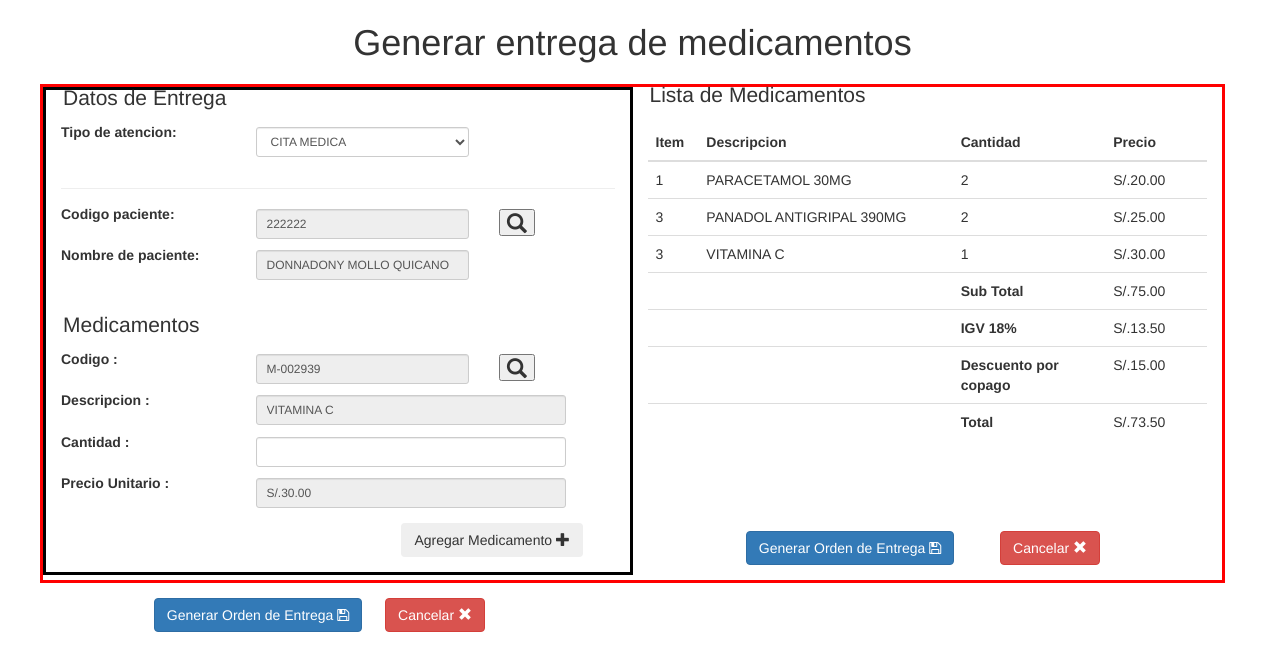
Repository: Donyx10/ADSII-ProyectoClinica
Page: http://localhost/AvanceWeb/GenerarOrdenDeEntregaDeMedicamentos2.jsp
An editor plug-in stored every save of this project. The page is shown before and after the next save, followed by the edit.
The browser window is 1280 px wide. The pictures show the whole page.
Some web fonts or font styles are not loaded; a fallback is used. The page is served by Tomcat 9. Other server files are loaded and not shown.

Above is the page before, as saved 2018-06-07 16:40:04.

### WebDemo/AvanceWeb/WebContent/GenerarOrdenDeEntregaDeMedicamentos2.jsp
<!DOCTYPE html>
<html lang="esS">
<head>
<meta charset="UTF-8">
<meta name="viewport"
	content="width=device-width, initial-scale=1, maximum-scale=1, user-scalable=no">
<script type="text/javascript" src="js/jquery.min.js"></script>
<script type="text/javascript" src="js/jquery.dataTables.min.js"></script>
<script type="text/javascript" src="js/dataTables.bootstrap.min.js"></script>
<script type="text/javascript" src="js/bootstrap.min.js"></script>
<script type="text/javascript" src="js/bootstrapValidator.js"></script>
<link rel="stylesheet" href="css/bootstrap.css" />
<link rel="stylesheet" href="css/dataTables.bootstrap.min.css" />
<link rel="stylesheet" href="css/style.css" />
<link rel="stylesheet" href="css/bootstrapValidator.css" />
<link rel="stylesheet"
	href="https://cdnjs.cloudflare.com/ajax/libs/font-awesome/4.7.0/css/font-awesome.min.css">
<title>Generar orden de entrega de medicamentos</title>

</head>
<body>

	<div class="container"
		style="padding-top: 3px; line-height: 0.8; padding-left: 0.01px;">
		<h1 align="center">Generar entrega de medicamentos</h1>
		<br>
		<form action="generarCita" id="id_form">
			<div class="form-group row"
				style="border-style: solid; border-color: red;">
				<div class="col-md-6"
					style="border-style: solid; border-color: black;">

					<div class="form-group row" align="left" id="paciente">
						<div class="col-md-12">
							<fieldset>
								<legend>Datos de Entrega</legend>
								<div class="row">
									<div class="col-md-4">
										<label class="" for="id_codigo">Tipo de atencion:</label>
									</div>
									<div class="col-md-5">
										<select class="form-control input-sm" style="">
											<option>CITA MEDICA
											<option>EMERGENCIA
										</select>
									</div>
								</div>
								<br>
								<hr>
								<div class="row">

									<div class="col-md-4">
										<label class="" for="id_codigo">Codigo paciente:</label>
									</div>
									<div class="col-md-5">
										<input class="form-control input-sm" type="text"
											value="222222" id="" name="" readonly="readonly"
											placeholder="Ingrese el codigo">
									</div>
									<div class="col-md-2">
										<button style="font-size: 20px">
											<i class="glyphicon glyphicon-search"></i>
										</button>
									</div>
								</div>
								<br>



								<div class="row">
									<div class="col-md-4">
										<label class="" for="">Nombre de paciente:</label>
									</div>
									<div class="col-md-5">
										<input class="form-control input-sm" type="text"
											readonly="readonly" value="DONNADONY MOLLO QUICANO" id=""
											name="" placeholder="Ingrese el nombre" size="30">
									</div>

								</div>
								<br>
								<!--
							<div class="row">
								<div class="col-md-3">
									<label class="" for="">Estado:</label>
								</div>
								<div class="col-md-5">
									<input class="form-control" type="text" disabled="disabled" value="CANCELADO"
										id="" name="" placeholder="Ingrese el nombre" size="30">
								</div>
								<br>
							</div>
							<br>
							-->
							</fieldset>
						</div>


					</div>

					<br>
					<div class="form-group row" align="left" id="paciente">
						<div class="col-md-12">
							<fieldset>
								<legend>Medicamentos</legend>
							</fieldset>
							<div class="row">

								<div class="col-md-4">
									<label class="" for="id_codigo">Codigo : </label>
								</div>
								<div class="col-md-5">
									<input class="form-control input-sm" type="text"
										value="M-002939" id="" name="" readonly="readonly"
										placeholder="">
								</div>
								<div class="col-md-2">
									<button style="font-size: 20px">
										<i class="glyphicon glyphicon-search"></i>
									</button>
								</div>
							</div>
							<br>
							<div class="row">

								<div class="col-md-4">
									<label class="" for="id_codigo">Descripcion : </label>
								</div>
								<div class="col-md-7">
									<input class="form-control input-sm" type="text"
										value="VITAMINA C" id="" name="" readonly="readonly"
										placeholder="">
								</div>

							</div>
							<br>
							<div class="row">

								<div class="col-md-4">
									<label class="" for="id_codigo">Cantidad : </label>
								</div>
								<div class="col-md-7">
									<input class="form-control input-sm" type="number"
										name="quantity" min="1" max="10">
								</div>

							</div>
							<br>
							<div class="row">

								<div class="col-md-4">
									<label class="" for="id_codigo">Precio Unitario : </label>
								</div>
								<div class="col-md-7">
									<input class="form-control input-sm" type="text"
										name="quantity" value="S/.30.00" readonly="readonly">
								</div>

							</div>
						</div>
					</div>
					<div class="form-group row" align="center" id="paciente">
						<div class="col-md-12">
							<div class="row">
								<div class="col-md-2"></div>
								<div class="col-md-4">

								</div>
								<div class="col-md-1"></div>
								<div class="col-md-3">
									<button type="submit" class="btn btn-succes">
										Agregar Medicamento <i class="glyphicon glyphicon-plus"></i>
									</button>
								</div>
							</div>
						</div>
					</div>


				</div>
				<div class="col-md-6">
					<div class="form-group row" id="medico">
						<div class="col-md-12">
							<fieldset>

								<legend> Lista de Medicamentos</legend>
								<div class="row">
									<div class="col-md-12">
										<table class="table table-sm">
											<thead>
												<tr>
													<th class="col-md-1">Item</th>
													<th class="col-md-5">Descripcion</th>
													<th class="col-md-3">Cantidad</th>
													<th class="col-md-2">Precio</th>

												</tr>
											</thead>
											<tbody>
												<tr>
													<td class="col-md-1">1</td>
													<td class="col-md-5">PARACETAMOL 30MG</td>
													<td class="col-md-3">2</td>
													<td class="col-md-2">S/.20.00</td>
												</tr>
												<tr>
													<td class="col-md-1">3</td>
													<td class="col-md-5">PANADOL ANTIGRIPAL 390MG</td>
													<td class="col-md-3">2</td>
													<td class="col-md-2">S/.25.00</td>
												</tr>
												<tr>
													<td class="col-md-1">3</td>
													<td class="col-md-5">VITAMINA C</td>
													<td class="col-md-3">1</td>
													<td class="col-md-2">S/.30.00</td>
												</tr>
												<tr>
													<td class="col-md-1"></td>
													<td class="col-md-5"></td>
													<td class="col-md-3"><strong>Sub Total</strong></td>
													<td class="col-md-2">S/.75.00</td>
												</tr>
												<tr>
													<td class="col-md-1"></td>
													<td class="col-md-5"></td>
													<td class="col-md-3"><strong>IGV 18%</strong></td>
													<td class="col-md-2">S/.13.50</td>
												</tr>
												<tr>
													<td class="col-md-1"></td>
													<td class="col-md-5"></td>
													<td class="col-md-3"><strong>Descuento por
															copago</strong></td>
													<td class="col-md-2">S/.15.00</td>
												</tr>
												<tr>
													<td class="col-md-1"></td>
													<td class="col-md-5"></td>
													<td class="col-md-3"><strong>Total</strong></td>
													<td class="col-md-2">S/.73.50</td>
												</tr>

											</tbody>
										</table>
									</div>
								</div>
							</fieldset>
						</div>
					</div>
					<br>
					<br>
					<br>
					<br>
					<br>
					<div class="form-group row" align="center" id="paciente">
						<div class="col-md-12">
							<div class="row">
								<div class="col-md-2"></div>
								<div class="col-md-4">
									<button type="submit" class="btn btn-primary">
										Generar Orden de Entrega <i class="fa fa-save"></i>
									</button>
								</div>
								<div class="col-md-1"></div>
								<div class="col-md-3">
									<button type="submit" class="btn btn-danger">
										Cancelar <span class="glyphicon glyphicon-remove"></span>
									</button>
								</div>
							</div>
						</div>
					</div>
				</div>


			</div>

			<div class="form-group row" id="botones">
				<div class="col-md-1" align="center"></div>
				<div class="col-md-2" align="center">
					<button type="submit" class="btn btn-primary">
						Generar Orden de Entrega <i class="fa fa-save"></i>
					</button>
				</div>
				<div class="col-md-2" align="center">
					<button type="submit" class="btn btn-danger">
						Cancelar <span class="glyphicon glyphicon-remove"></span>
					</button>
				</div>
			</div>
	</div>
	</form>
	</div>
</body>
</html>

### WebDemo/AvanceWeb/WebContent/css/style.css


.table-fixed {
	width: 100%;
	background-color: #f3f3f3;
}

.table-fixed tbody {
	height: 120px;
	overflow-y: auto;
	width: 100%;
}

.table-fixed thead, .table-fixed tbody, .table-fixed tr, .table-fixed td,
	.table-fixed th {
	display: block;
}

.table-fixed tbody td {
	float: left;
}

.table-fixed thead tr th {
	float: left;
	background-color: #f39c12;
	border-color: #e67e22;
}

legend {
    display: block;
    padding-left: 2px;
    padding-right: 2px;
    border: none;
}

Loaded but not shown: WebDemo/AvanceWeb/WebContent/js/jquery.min.js (library); WebDemo/AvanceWeb/WebContent/js/jquery.dataTables.min.js (library); WebDemo/AvanceWeb/WebContent/js/dataTables.bootstrap.min.js (common file); WebDemo/AvanceWeb/WebContent/js/bootstrap.min.js (library); WebDemo/AvanceWeb/WebContent/js/bootstrapValidator.js (library); WebDemo/AvanceWeb/WebContent/css/bootstrap.css (library); WebDemo/AvanceWeb/WebContent/css/dataTables.bootstrap.min.css (library); WebDemo/AvanceWeb/WebContent/css/bootstrapValidator.css (common file)

After the next save:
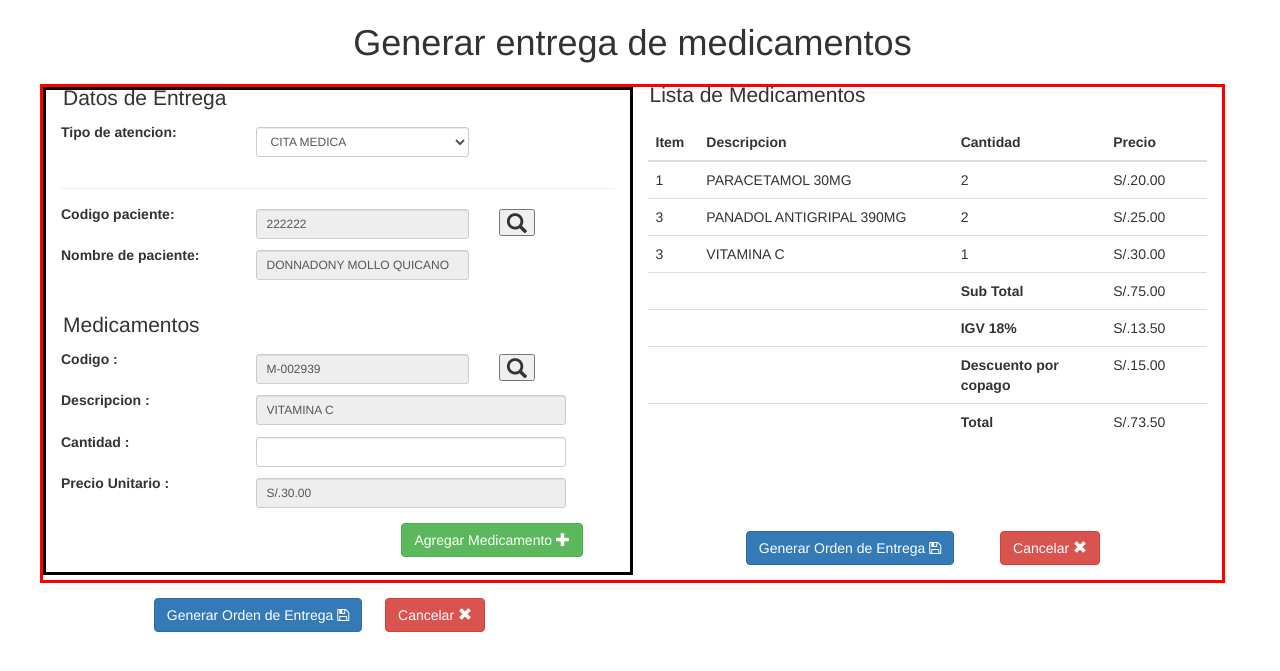
Saved 5 s later.
--- a/WebDemo/AvanceWeb/WebContent/GenerarOrdenDeEntregaDeMedicamentos2.jsp
+++ b/WebDemo/AvanceWeb/WebContent/GenerarOrdenDeEntregaDeMedicamentos2.jsp
@@ -168,7 +168,7 @@
 								</div>
 								<div class="col-md-1"></div>
 								<div class="col-md-3">
-									<button type="submit" class="btn btn-succes">
+									<button type="submit" class="btn btn-success">
 										Agregar Medicamento <i class="glyphicon glyphicon-plus"></i>
 									</button>
 								</div>
